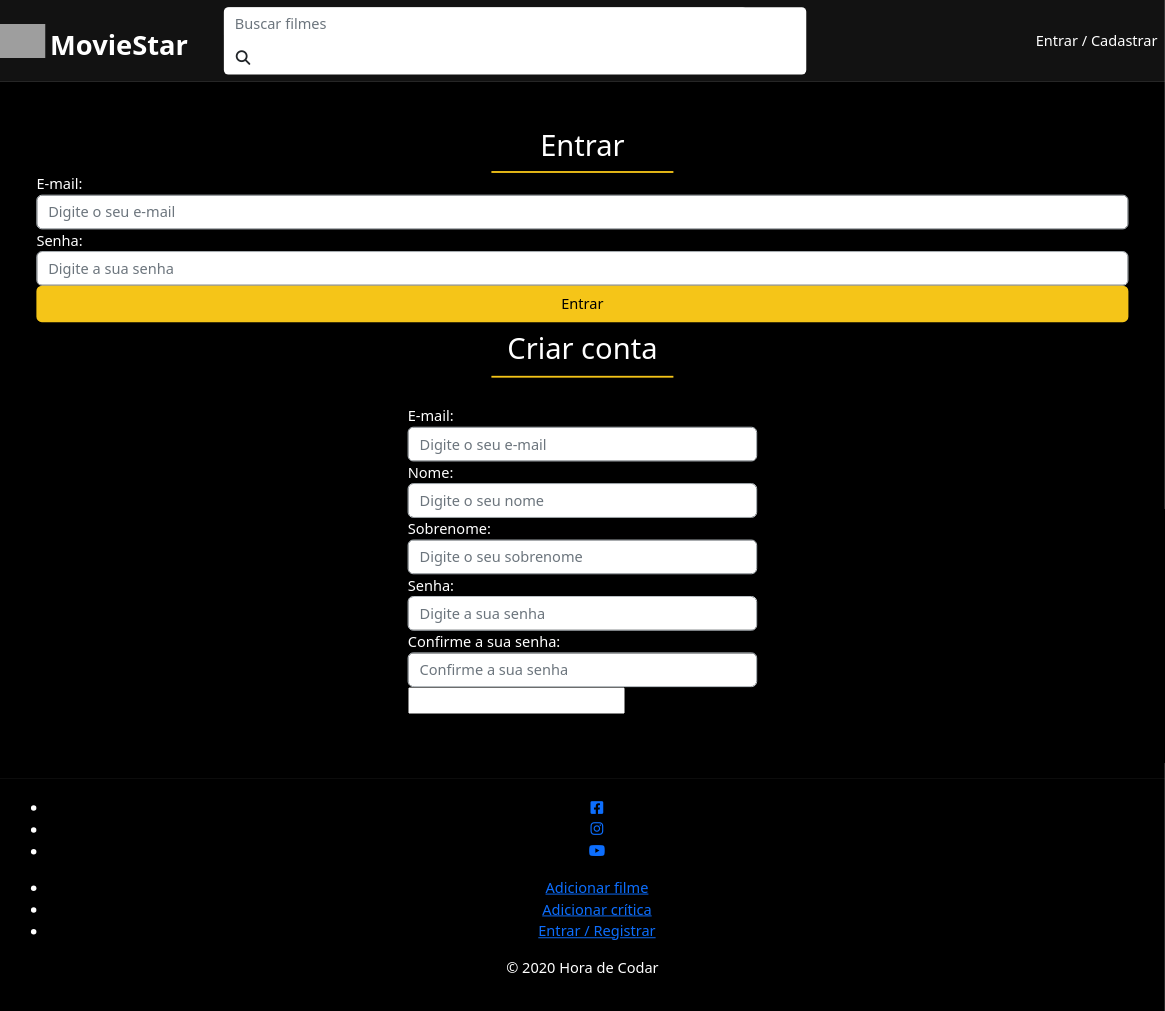
Repository: YuriSarmanho/PHPcourse
Page: http://localhost/auth.php
The author's editor kept a copy of each file at every save. The page is drawn from the files as they stood at one save, then again after the next save.
The browser window is 1280 px wide. The pictures show the whole page, at 91% of full size.
Pictures or frames that could not be fetched are drawn as grey boxes. Some web libraries are served in a nearby version. The page is run by PHP 8.4 with error messages shown; the project is at /var/www/html/.

Above is the page before, as saved 2022-08-28 21:10:30.

After the next save:
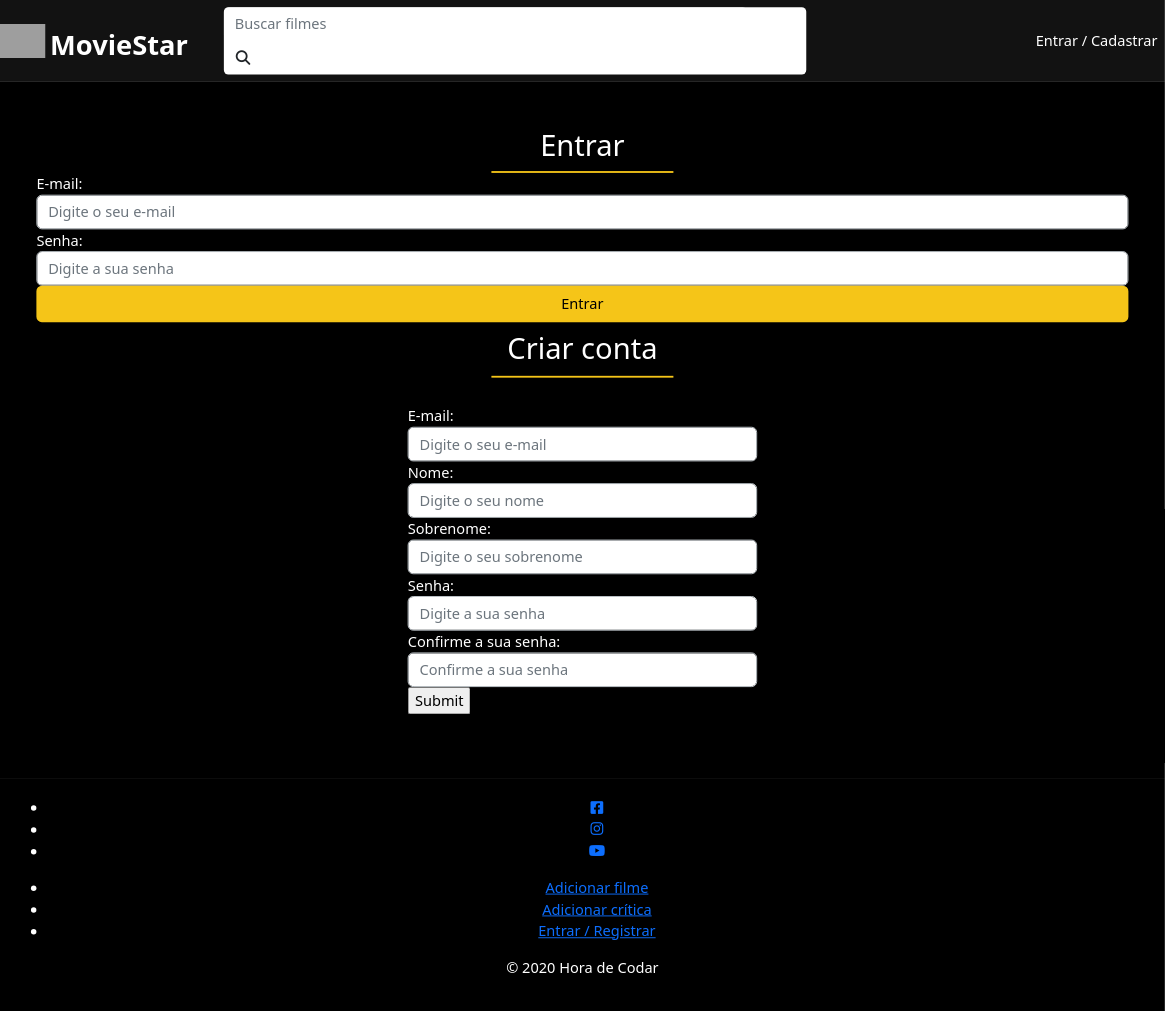
Saved 4 s later.
--- a/19_movieStar/auth.php
+++ b/19_movieStar/auth.php
@@ -45,7 +45,7 @@
                         <label for="confirmpassword">Confirme a sua senha:</label>
                         <input type="password" class="form-control" id="confirmpassword" name="confirmpassword" placeholder="Confirme a sua senha">
                     </div>
-                    <input type="text">
+                    <input type="submit" class="">
                 </form>
             </div>
 
